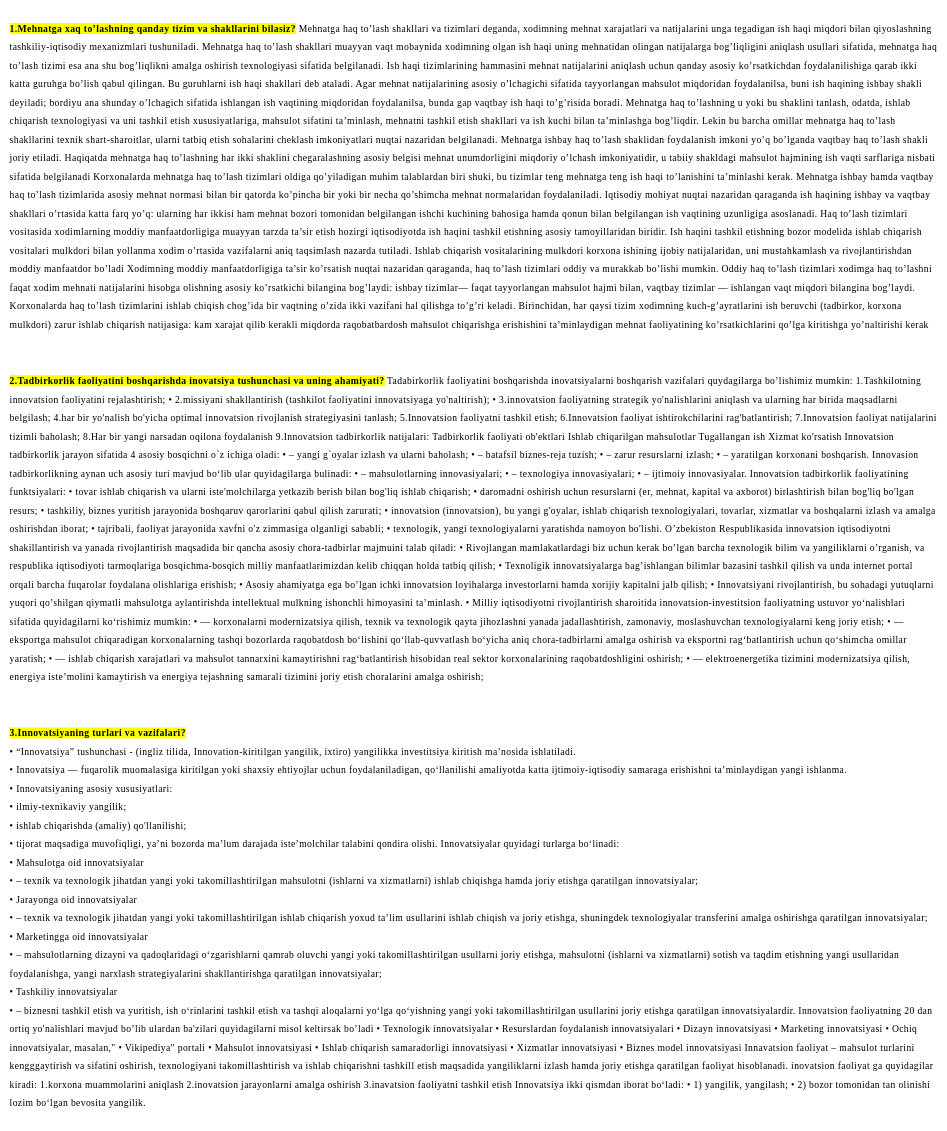
Repository: Ikromkhurozov/tsue-exam-answers
Page: index.html
An editor plug-in stored every save of this project. The page is shown before and after the next save, followed by the edit.
The browser window is 1280 px wide. The pictures show the whole page, at 74% of full size.

Above is the page before, as saved 2024-01-15 00:59:27.

After the next save:
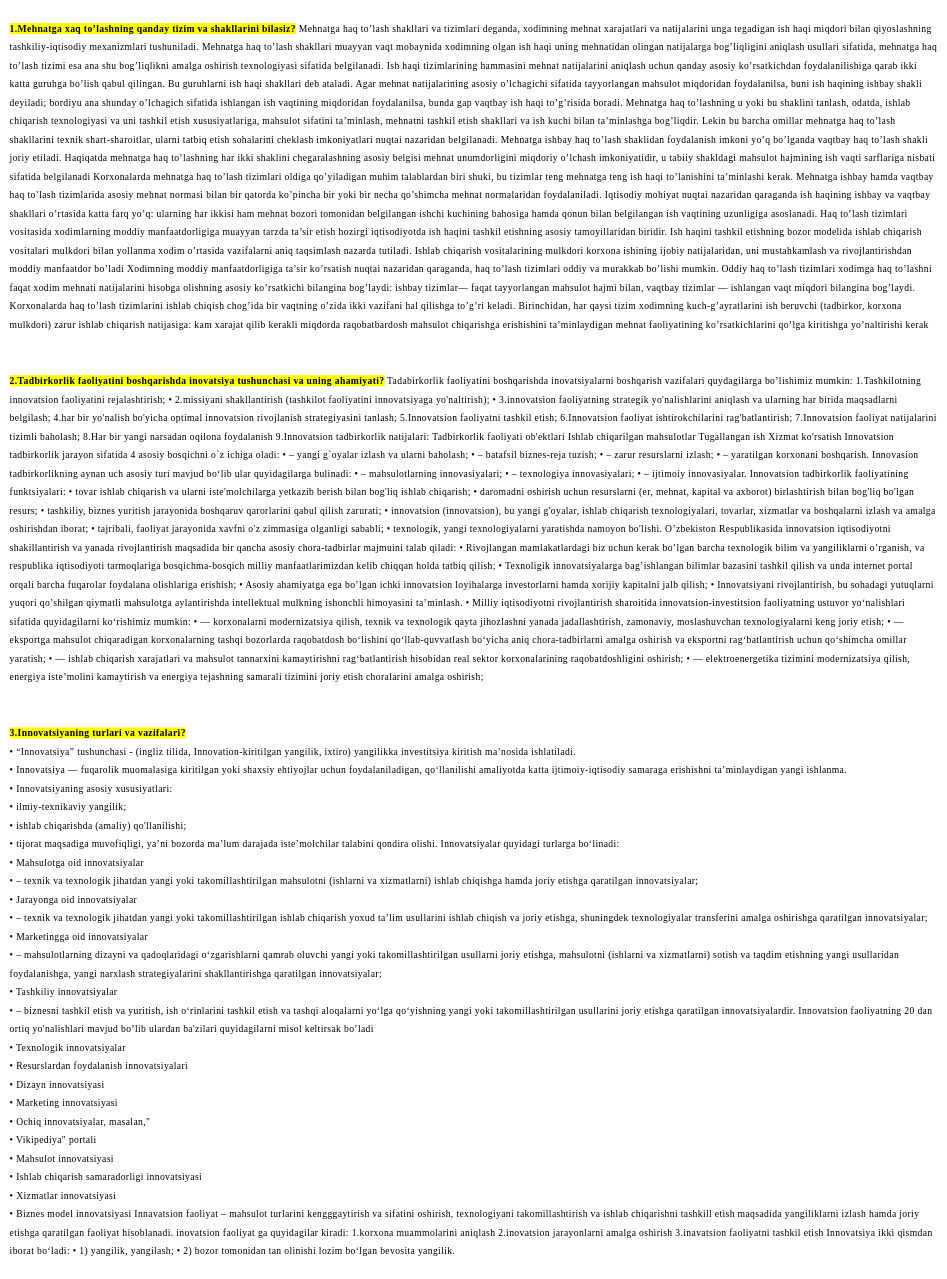
Saved 6 s later.
--- a/index.html
+++ b/index.html
@@ -95,16 +95,16 @@ talabini qondira olishi.
 <br>•	– biznesni tashkil etish va yuritish, ish o‘rinlarini tashkil etish va tashqi aloqalarni yo‘lga qo‘yishning yangi yoki takomillashtirilgan usullarini joriy etishga qaratilgan innovatsiyalardir.
 
 Innovatsion faoliyatning 20 dan ortiq yo'nalishlari mavjud bo’lib ulardan ba'zilari quyidagilarni misol keltirsak bo’ladi
-•	Texnologik innovatsiyalar
-•	Resurslardan foydalanish innovatsiyalari
-•	Dizayn innovatsiyasi
-•	Marketing innovatsiyasi
-•	Ochiq innovatsiyalar, masalan,"
-•	Vikipediya" portali
-•	Mahsulot innovatsiyasi
-•	Ishlab chiqarish samaradorligi innovatsiyasi
-•	Xizmatlar innovatsiyasi
-•	Biznes model innovatsiyasi
+<br>•	Texnologik innovatsiyalar
+<br>•	Resurslardan foydalanish innovatsiyalari
+<br>•	Dizayn innovatsiyasi
+<br>•	Marketing innovatsiyasi
+<br>•	Ochiq innovatsiyalar, masalan,"
+<br>•	Vikipediya" portali
+<br>•	Mahsulot innovatsiyasi
+<br>•	Ishlab chiqarish samaradorligi innovatsiyasi
+<br>•	Xizmatlar innovatsiyasi
+<br>•	Biznes model innovatsiyasi
 
 Innavatsion faoliyat – mahsulot turlarini kengggaytirish va sifatini oshirish, texnologiyani takomillashtirish va ishlab chiqarishni  tashkill etish maqsadida yangiliklarni izlash hamda joriy etishga qaratilgan faoliyat hisoblanadi. inovatsion faoliyat ga quyidagilar kiradi: 1.korxona muammolarini aniqlash 2.inovatsion jarayonlarni amalga oshirish 3.inavatsion faoliyatni tashkil etish
 Innovatsiya ikki qismdan iborat bo‘ladi:
